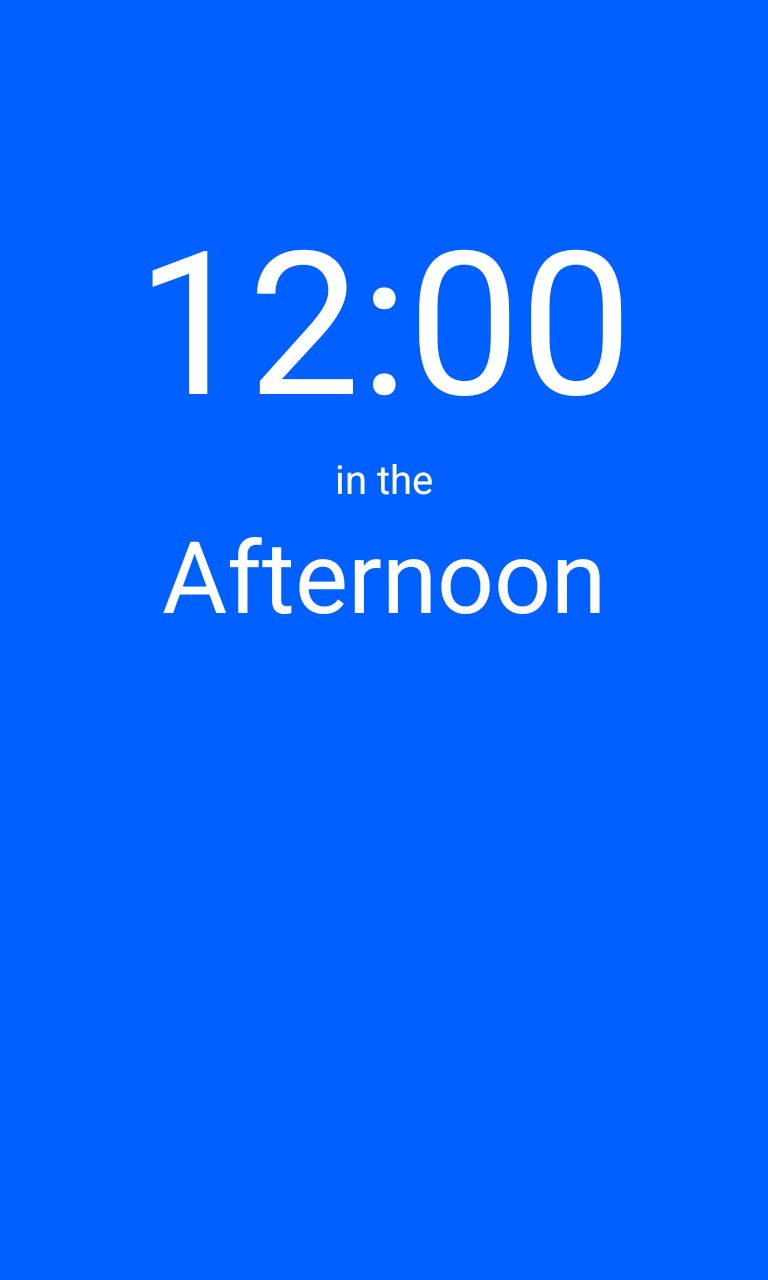
Repository: DinkyDetailsLLC/ADP2
Layout: WakeTimerforKids/res/layout/activity_main.xml
These files come from the project's save history. The layout is drawn as it stood at one moment and after the next save; the edit follows.
It is drawn on a 768 x 1280 px phone screen (xhdpi) without system bars, with theme AppTheme; the app's code is not run.

Above is the layout before, as saved 2014-02-12 05:52:26.

After the next save:
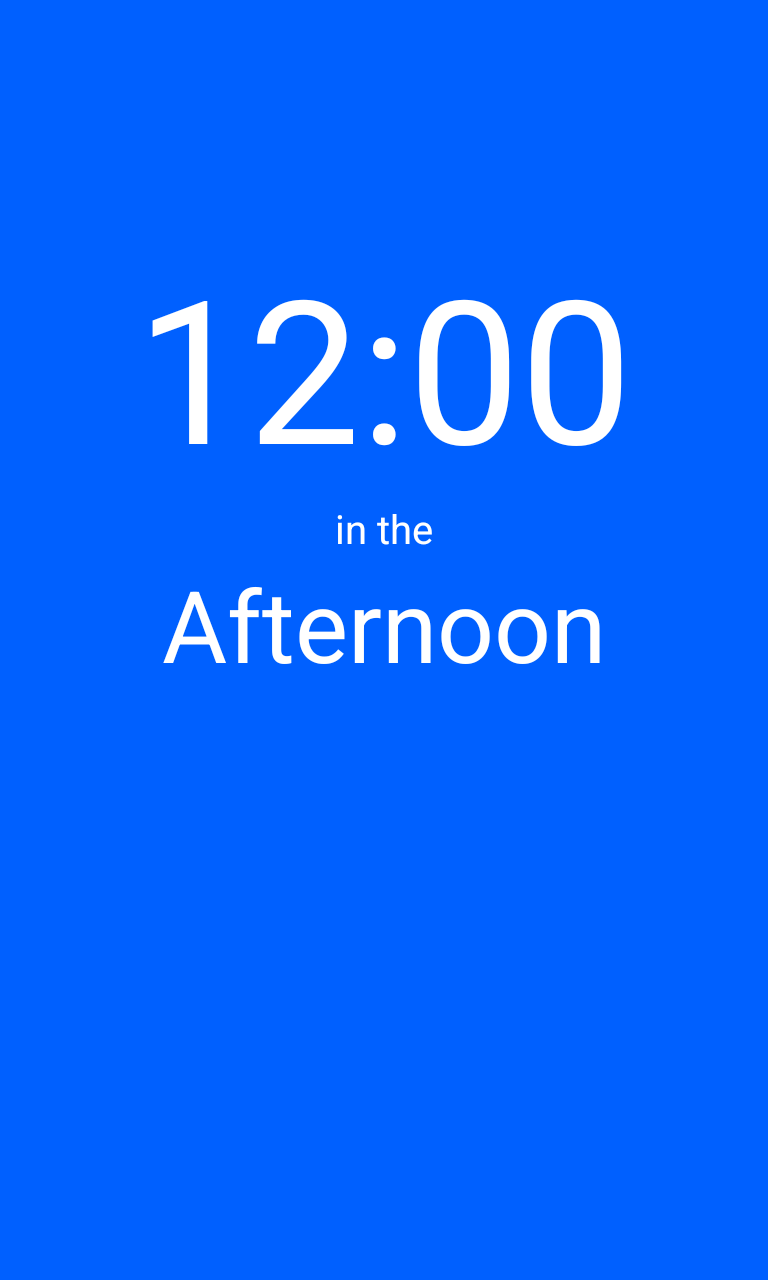
Saved 89 s later.
--- a/WakeTimerforKids/res/layout/activity_main.xml
+++ b/WakeTimerforKids/res/layout/activity_main.xml
@@ -14,7 +14,7 @@
         android:layout_width="wrap_content"
         android:layout_height="wrap_content"
         android:layout_centerHorizontal="true"
-        android:layout_marginTop="75dp"
+        android:layout_marginTop="100dp"
         android:textColor="@color/white"
         android:textSize="100sp"
         android:format12Hour="h:mm"
